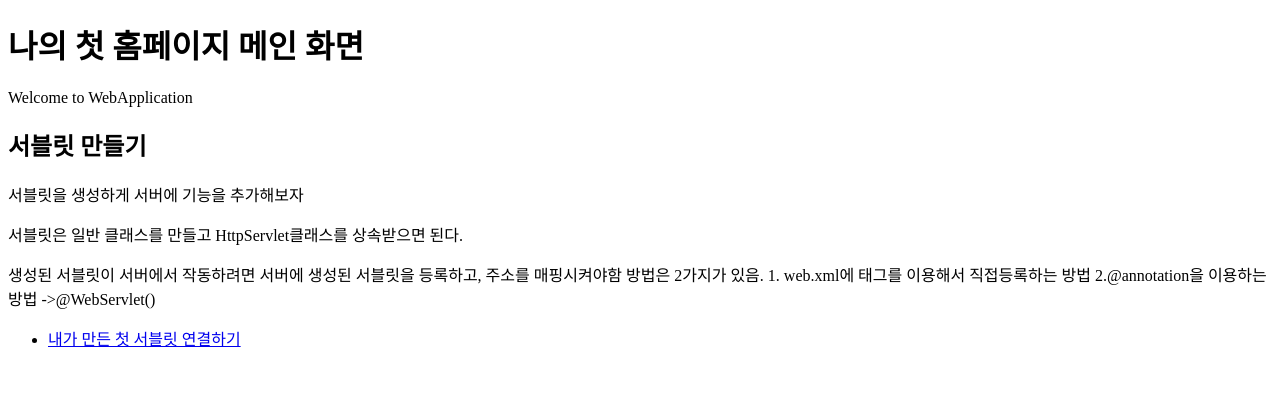
Repository: Jiwon-cho/WASPractice
Page: 01_basicservlet/web/index.html
The author's editor kept a copy of each file at every save. The page is drawn from the files as they stood at one save, then again after the next save.
The browser window is 1280 px wide. The pictures show the whole page.

Above is the page before, as saved 2021-04-30 06:48:23.

### 01_basicservlet/web/index.html
<!DOCTYPE html>
<html>
<head>
<meta charset="UTF-8">
<title>나의 첫 서버 페이지</title>
</head>
<body>
	<h1>나의 첫 홈페이지 메인 화면</h1>
	<p>Welcome to WebApplication</p>
	<h2>서블릿 만들기</h2>
	<p>서블릿을 생성하게 서버에 기능을 추가해보자</p>
	<p>서블릿은 일반 클래스를 만들고 HttpServlet클래스를 상속받으면 된다.</p>
	<p>
	생성된 서블릿이 서버에서 작동하려면 서버에 생성된 서블릿을 등록하고, 주소를 매핑시켜야함
	방법은 2가지가 있음.
	1. web.xml에 태그를 이용해서 직접등록하는 방법
	2.@annotation을 이용하는 방법 ->@WebServlet()
	</p>
	<ul>
	<li><a href="test">내가 만든 첫 서블릿 연결하기</a>
	</ul>




</body>
</html>

After the next save:
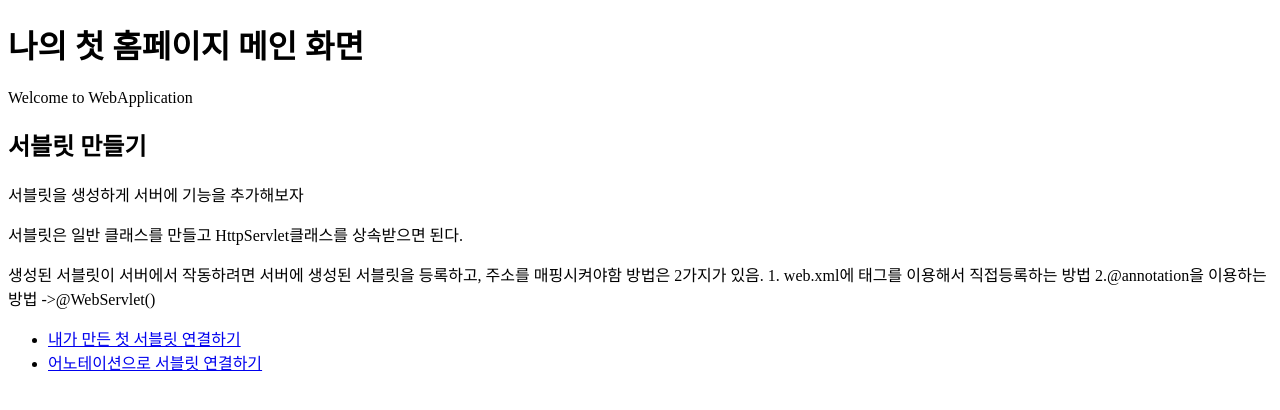
Saved 8 s later.
--- a/01_basicservlet/web/index.html
+++ b/01_basicservlet/web/index.html
@@ -18,6 +18,7 @@
 	</p>
 	<ul>
 	<li><a href="test">내가 만든 첫 서블릿 연결하기</a>
+	<li><a href="anno">어노테이션으로 서블릿 연결하기</a></li>
 	</ul>
 
 
